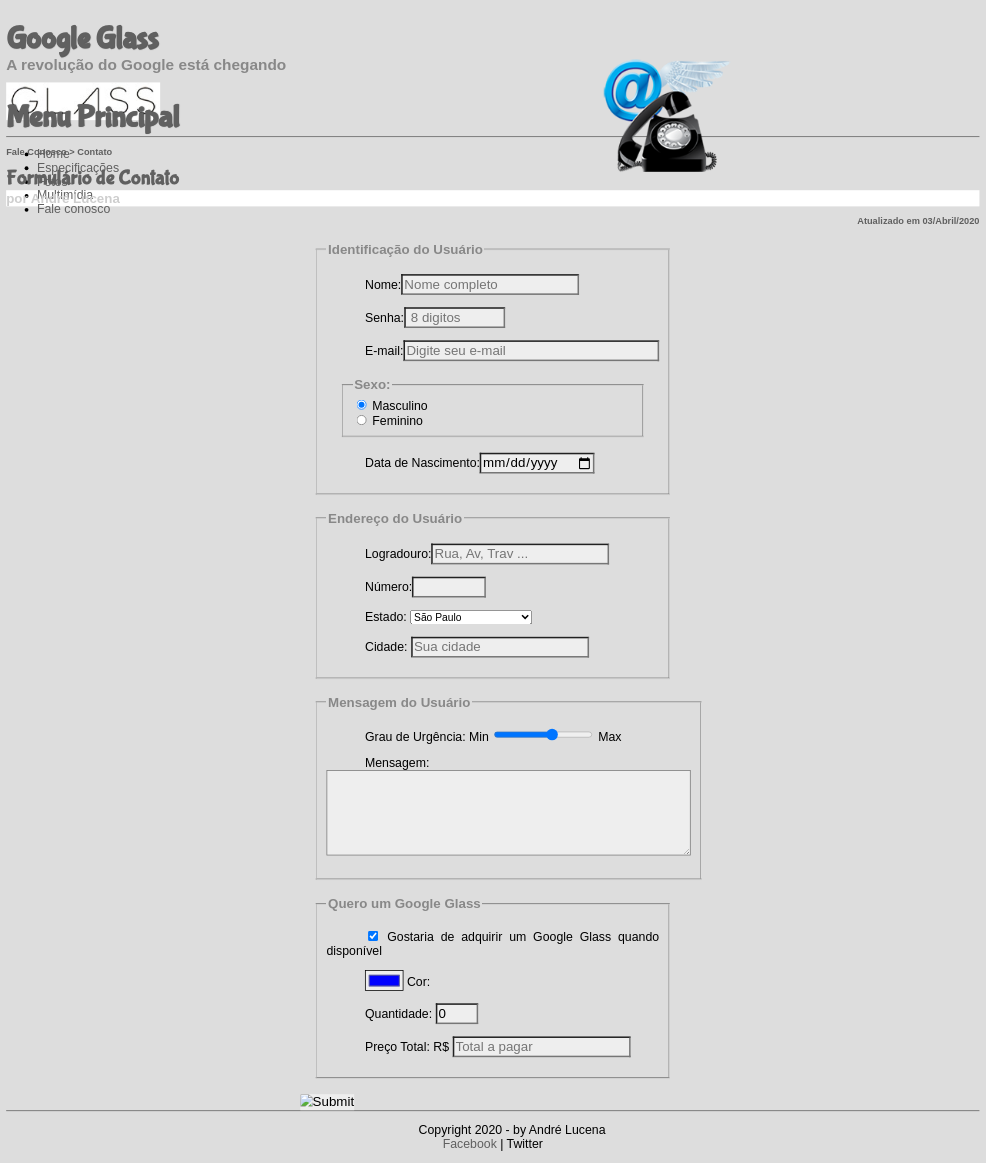
Repository: andre-lucena/Segundo-projeto
Page: Fale-conosco.html
The author's editor kept a copy of each file at every save. The page is drawn from the files as they stood at one save, then again after the next save.
The browser window is 1280 px wide. The pictures show the whole page, at 77% of full size.
Some web fonts or font styles are not loaded; a fallback is used.

Above is the page before, as saved 2020-08-09 02:05:33.
Not found: _imagens/botao-enviar.png
Not found: _imagens/icone-contato.png
Not found: _imagens/icone-endereco.png

After the next save:
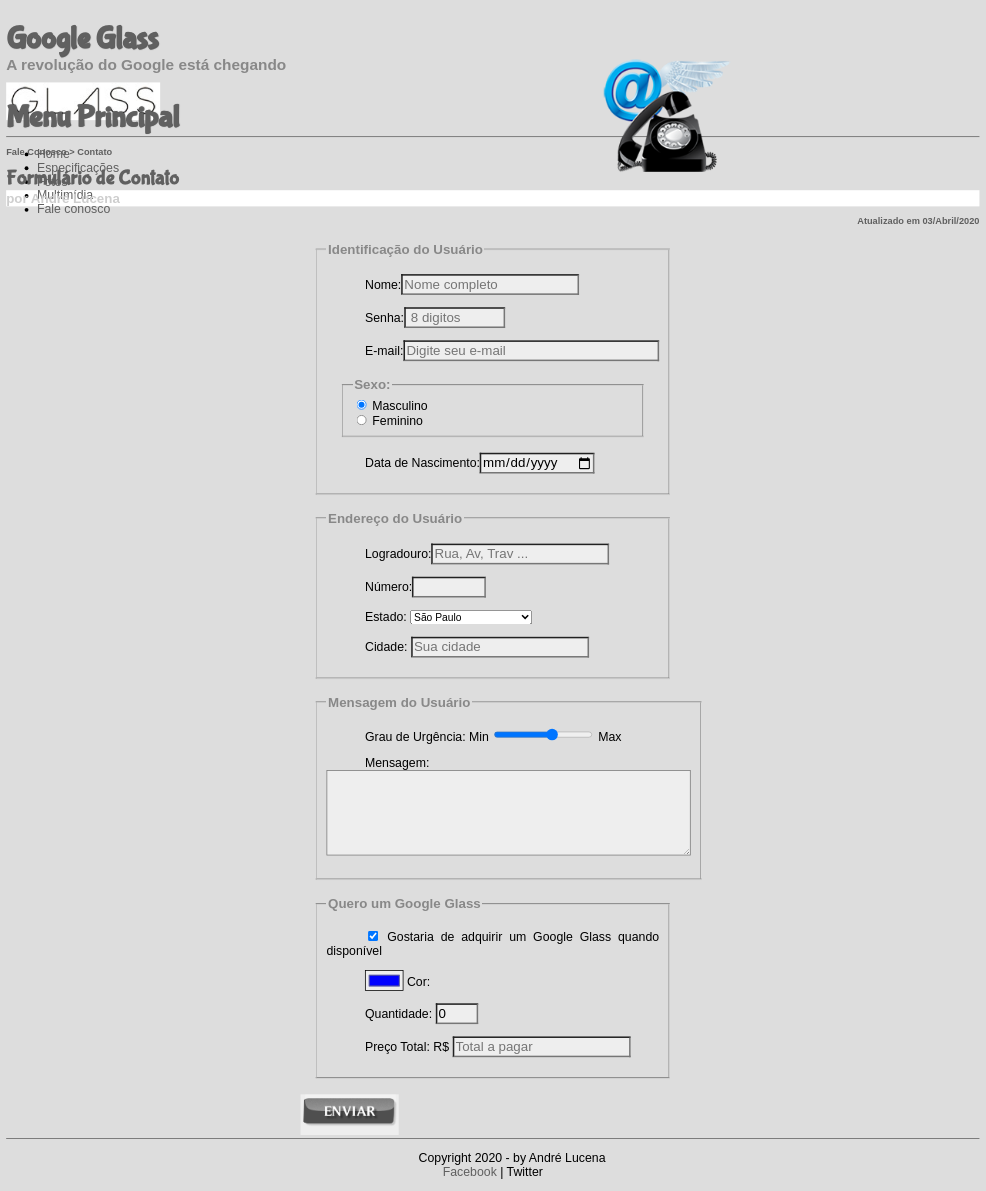
Saved 105 s later.
--- a/Fale-conosco.html
+++ b/Fale-conosco.html
@@ -168,7 +168,7 @@
                         </p>
                     </fieldset>
 
-                    <input type="image" name="tEnviar" src="_imagens/botao-enviar.png" / <form>
+                    <input type="image" name="tEnviar" src="imagens/botao-enviar.png" / <form>
             </article>
         </section>
 
